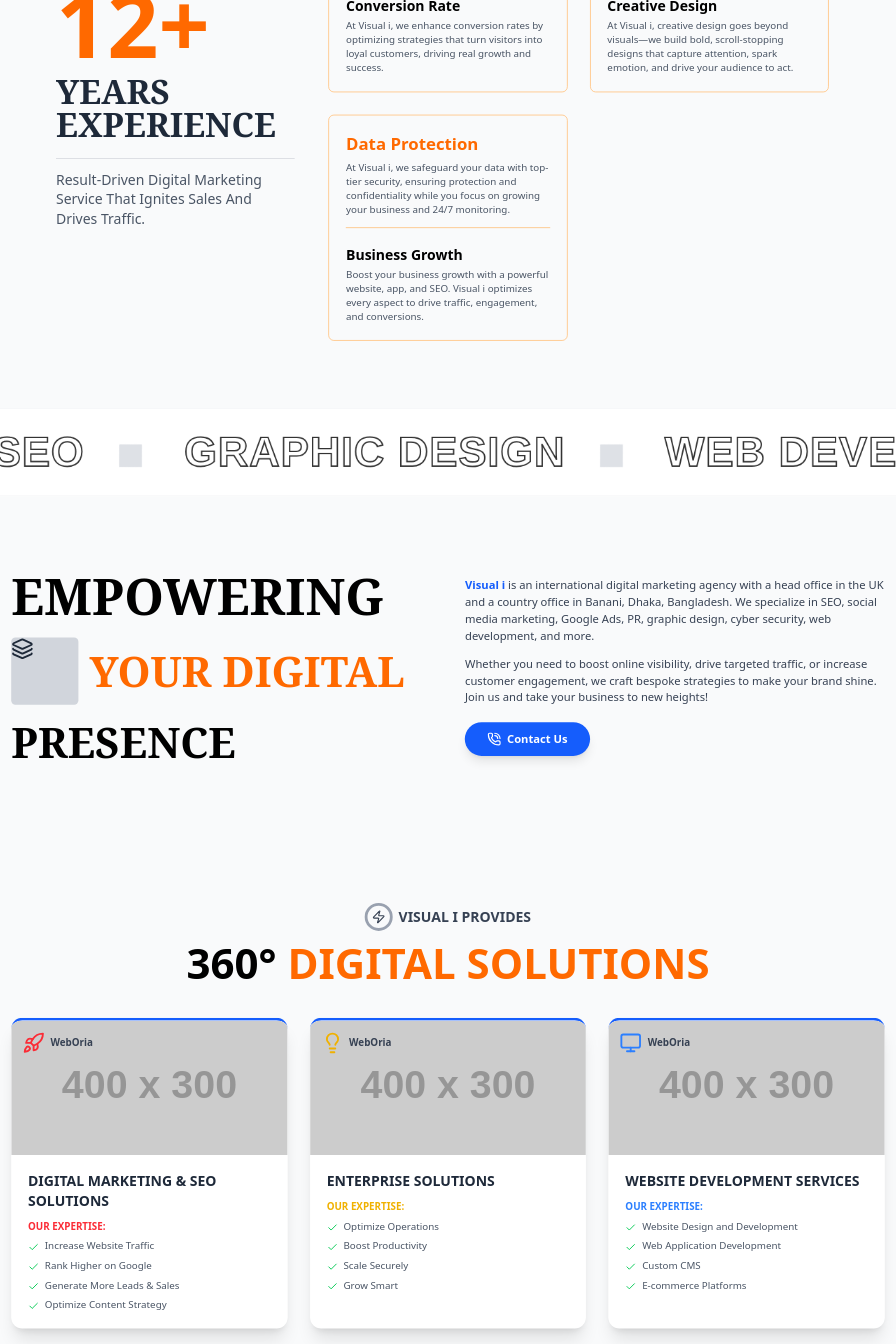
Repository: mdmuhibullahhabib/weboria
Page: /
These files come from the project's save history. The page is drawn as it stood at one moment and after a run of saves; the edit follows.
The browser window is 1280 px wide. The pictures show the part of the page from y = 987 to 2907 px (the page is 9081 px tall), at 70% of full size.
The project was rebuilt for these pictures with package versions that can differ from the ones it lists, and the page was loaded fresh each time. Some packages were replaced by stand-ins written for this rebuild. The framework's server and built-in components were replaced by stand-ins that run in the browser. Also part of the build but not shown: next.config.mjs.

Above is the page before, as saved 2025-10-03 12:49:06.

### src/app/layout.js
import { Geist, Geist_Mono } from "next/font/google";
import "./globals.css";
import Navbar from "@/components/Navbar";
import Footer from "@/components/Footer";
import { Toaster } from "react-hot-toast";

const geistSans = Geist({
  variable: "--font-geist-sans",
  subsets: ["latin"],
});

const geistMono = Geist_Mono({
  variable: "--font-geist-mono",
  subsets: ["latin"],
});

export const metadata = {
  title: "Weboria",
  description: "Digital Marketing Agency",
  icons: "/favicon.ico",
};

export default function RootLayout({ children }) {
  return (
    <html lang="en">
      <body
        className={`${geistSans.variable} ${geistMono.variable} antialiased`}
      >

        <Navbar />
        <Toaster />
        {children}
        <Footer />
      </body>
    </html>
  );
}

### src/components/Navbar.jsx
"use client";
import { useState } from "react";
import Link from "next/link";
import { usePathname } from "next/navigation";
import { Menu, X } from "lucide-react";

export default function Navbar() {
  const [isOpen, setIsOpen] = useState(false);
  const pathname = usePathname();

  const navigation = [
    { name: "Home", href: "/" },
    { name: "About", href: "/about" },
    { name: "Services", href: "/services" },
    { name: "Portfolio", href: "/portfolio" },
    { name: "Contact", href: "/contact" },
  ];

  const isActive = (href) => {
    if (href === "/" && pathname === "/") return true;
    if (href !== "/" && pathname.startsWith(href)) return true;
    return false;
  };

  return (
    <nav className="sticky top-0 z-50 bg-base-100/95 backdrop-blur-md border-b shadow-sm">
      <div className="max-w-7xl mx-auto px-4 sm:px-6 lg:px-8">
        <div className="flex justify-between items-center h-16">
          {/* Logo */}
          <Link href="/" data-testid="link-home">
            <h1 className="text-2xl font-bold text-primary">Weboria</h1>
          </Link>

          {/* Desktop Navigation */}
          <div className="hidden md:flex space-x-4 items-center">
            {navigation.map((item) => (
              <Link key={item.name} href={item.href} data-testid={`link-${item.name.toLowerCase()}`}>
                <span
                  className={`px-3 py-2 rounded-md text-sm font-medium transition-colors ${
                    isActive(item.href)
                      ? "bg-primary text-primary-content"
                      : "text-base-content hover:text-primary"
                  }`}
                >
                  {item.name}
                </span>
              </Link>
            ))}

            {/* CTA Button */}
            <Link href="/contact">
              <button className="btn btn-sm btn-primary ml-4">Get Started</button>
            </Link>
          </div>

          {/* Mobile menu button */}
          <div className="md:hidden">
            <button
              className="btn btn-ghost btn-square"
              onClick={() => setIsOpen(!isOpen)}
              data-testid="button-mobile-menu"
            >
              {isOpen ? <X className="w-6 h-6" /> : <Menu className="w-6 h-6" />}
            </button>
          </div>
        </div>

        {/* Mobile Navigation */}
        {isOpen && (
          <div className="md:hidden mt-2 border-t">
            <div className="flex flex-col space-y-1 px-2 py-3">
              {navigation.map((item) => (
                <Link key={item.name} href={item.href} data-testid={`link-mobile-${item.name.toLowerCase()}`}>
                  <span
                    className={`block px-3 py-2 rounded-md text-base font-medium transition-colors ${
                      isActive(item.href)
                        ? "bg-primary text-primary-content"
                        : "text-base-content hover:text-primary"
                    }`}
                    onClick={() => setIsOpen(false)}
                  >
                    {item.name}
                  </span>
                </Link>
              ))}

              {/* Mobile CTA Button */}
              <Link href="/contact">
                <button
                  className="btn btn-primary w-full mt-2"
                  data-testid="button-mobile-get-started"
                  onClick={() => setIsOpen(false)}
                >
                  Get Started
                </button>
              </Link>
            </div>
          </div>
        )}
      </div>
    </nav>
  );
}

### src/components/Footer.jsx
"use client";

import Link from "next/link";
import {
  Facebook,
  Twitter,
  Linkedin,
  Instagram,
  Mail,
  Phone,
  MapPin,
} from "lucide-react";

export default function Footer() {
  // ✅ CTA function in plain JS
  const handleNewsletterSubmit = (e) => {
    e.preventDefault();
    const formData = new FormData(e.target);
    const email = formData.get("email");
    console.log("Newsletter signup:", email);
    e.target.reset();
  };

  const quickLinks = [
    { name: "Home", href: "/" },
    { name: "About", href: "/about" },
    { name: "Services", href: "/services" },
    { name: "Portfolio", href: "/portfolio" },
    { name: "Contact", href: "/contact" },
  ];

  const services = [
    { name: "Web Development", href: "/services" },
    { name: "Mobile Apps", href: "/services" },
    { name: "Digital Marketing", href: "/services" },
    { name: "SEO Services", href: "/services" },
  ];

  const socialLinks = [
    { Icon: Facebook, href: "#", label: "Facebook" },
    { Icon: Twitter, href: "#", label: "Twitter" },
    { Icon: Linkedin, href: "#", label: "LinkedIn" },
    { Icon: Instagram, href: "#", label: "Instagram" },
  ];

  return (
    <footer className="bg-base-200 border-t">
      <div className="max-w-7xl mx-auto px-4 sm:px-6 lg:px-8 py-16">
        {/* Main Footer Content */}
        <div className="grid grid-cols-1 md:grid-cols-2 lg:grid-cols-4 gap-8">
          {/* Company Info */}
          <div className="space-y-4">
            <h3 className="text-2xl font-bold text-primary">Weboria</h3>
            <p className="text-base-content/70 leading-relaxed">
              Transforming businesses through innovative digital solutions.
              We create experiences that inspire, engage, and convert.
            </p>

            {/* Contact Info */}
            <div className="space-y-2 text-base-content/70">
              <div className="flex items-center">
                <Mail className="w-4 h-4 mr-2" />
                <span className="text-sm">hello@weboria.com</span>
              </div>
              <div className="flex items-center">
                <Phone className="w-4 h-4 mr-2" />
                <span className="text-sm">+1 (555) 123-4567</span>
              </div>
              <div className="flex items-center">
                <MapPin className="w-4 h-4 mr-2" />
                <span className="text-sm">San Francisco, CA</span>
              </div>
            </div>
          </div>

          {/* Quick Links */}
          <div>
            <h4 className="text-lg font-semibold mb-4">Quick Links</h4>
            <ul className="space-y-2">
              {quickLinks.map((link) => (
                <li key={link.name}>
                  <Link href={link.href}>
                    <span className="text-base-content/70 hover:text-primary transition-colors">
                      {link.name}
                    </span>
                  </Link>
                </li>
              ))}
            </ul>
          </div>

          {/* Services */}
          <div>
            <h4 className="text-lg font-semibold mb-4">Services</h4>
            <ul className="space-y-2">
              {services.map((service) => (
                <li key={service.name}>
                  <Link href={service.href}>
                    <span className="text-base-content/70 hover:text-primary transition-colors">
                      {service.name}
                    </span>
                  </Link>
                </li>
              ))}
            </ul>
          </div>

          {/* Newsletter */}
          <div>
            <h4 className="text-lg font-semibold mb-4">Stay Updated</h4>
            <p className="text-base-content/70 text-sm mb-4">
              Get the latest insights and updates on digital trends.
            </p>
            <form onSubmit={handleNewsletterSubmit} className="space-y-2">
              <input
                type="email"
                name="email"
                placeholder="Enter your email"
                className="input input-bordered w-full"
                required
              />
              <button type="submit" className="btn btn-primary w-full">
                Subscribe
              </button>
            </form>
          </div>
        </div>

        {/* Social Links & Copyright */}
        <div className="border-t mt-12 pt-8">
          <div className="flex flex-col md:flex-row justify-between items-center space-y-4 md:space-y-0">
            {/* Social Links */}
            <div className="flex space-x-4">
              {socialLinks.map(({ Icon, href, label }) => (
                <a
                  key={label}
                  href={href}
                  target="_blank"
                  rel="noopener noreferrer"
                  className="btn btn-circle btn-ghost"
                  aria-label={label}
                >
                  <Icon className="w-5 h-5" />
                </a>
              ))}
            </div>

            {/* Copyright */}
            <div className="text-center md:text-right">
              <p className="text-base-content/70 text-sm">
                © 2024 Weboria. All rights reserved.
              </p>
            </div>
          </div>
        </div>
      </div>
    </footer>
  );
}

### src/app/Home/components/Marquee.jsx
"use client"
import React from 'react';

// Using the Diamond icon for the separator, which closely matches the image.
const DiamondSeparator = () => (
    <span
      className="inline-block text-gray-300 text-3xl sm:text-4xl md:text-5xl lg:text-6xl mx-8 align-middle"
      style={{ transform: 'rotate(45deg)', opacity: 0.7 }}
    >
      &#9670; {/* Unicode for a diamond */}
    </span>
);

const Marquee = () => {
  // Repeating a list of services/keywords
  const marqueeText = [
    "DIGITAL MARKETING",
    "SEO",
    "GRAPHIC DESIGN",
    "WEB DEVELOPMENT",
    "CYBER SECURITY",
    "PR"
  ];

  // Duplicate the content to ensure seamless loop
  const fullMarqueeContent = [...marqueeText, ...marqueeText];

  return (
    <div className="relative w-full overflow-hidden bg-white py-6 sm:py-8 border-y border-gray-100">
      {/* This div is set to animate using the custom CSS keyframes defined below.
        It needs to be wider than its parent to scroll.
      */}
      <div className="animate-marquee whitespace-nowrap inline-block">
        {fullMarqueeContent.map((text, index) => (
          <React.Fragment key={index}>
            <span
              className="inline-block text-3xl sm:text-4xl md:text-5xl lg:text-6xl font-extrabold font-sans tracking-wide mx-4 uppercase"
              style={{
                  // Custom styling for the outlined/hollow text effect
                  WebkitTextStroke: '2px #333', // Dark outline
                  WebkitTextFillColor: 'transparent', // Transparent fill
                  color: 'transparent', // Fallback for standard browsers
                  fontFamily: 'Oswald, sans-serif' // Suggesting a suitable bold font style
              }}
            >
              {text}
            </span>
            {/* Add separator between all elements */}
            {index < fullMarqueeContent.length - 1 && (
                <DiamondSeparator />
            )}
          </React.Fragment>
        ))}
      </div>

      {/* Global CSS for the Marquee Animation */}
      {/* Note: In a real Next.js app, this should often go into a global CSS file,
          but for single-file component generation, we use a style tag. */}
      <style jsx global>{`
        @keyframes marquee {
          0% { transform: translateX(0%); }
          100% { transform: translateX(-50%); } /* Scrolls through one full set of content */
        }
        .animate-marquee {
          animation: marquee 35s linear infinite; /* Adjust duration to control speed */
          display: inline-block;
          will-change: transform; /* Performance optimization */
        }
      `}</style>
    </div>
  );
};

export default Marquee;

### src/components/Service.jsx
"use client"
import React from "react";
import { Rocket, Lightbulb, Monitor, Check, PhoneCall, Zap, Layers } from "lucide-react";

const ImagePlaceholder = ({ children, className = "bg-gray-200 h-full w-full flex items-center justify-center text-gray-500" }) => (
  <div className={className}>{children}</div>
);

const Service = () => {
    // Mock data for the service cards
    const serviceData = [
        {
            title: "DIGITAL MARKETING & SEO SOLUTIONS",
            icon: Rocket,
            iconColor: "text-red-500",
            image: "https://placehold.co/400x300/e0f2ff/0071c2?text=SEO+Rocket",
            expertise: [
                "Increase Website Traffic",
                "Rank Higher on Google",
                "Generate More Leads & Sales",
                "Optimize Content Strategy",
            ],
        },
        {
            title: "ENTERPRISE SOLUTIONS",
            icon: Lightbulb,
            iconColor: "text-yellow-500",
            image: "https://placehold.co/400x300/fffbeb/d97706?text=Enterprise+Idea",
            expertise: ["Optimize Operations", "Boost Productivity", "Scale Securely", "Grow Smart"],
        },
        {
            title: "WEBSITE DEVELOPMENT SERVICES",
            icon: Monitor,
            iconColor: "text-blue-500",
            image: "https://placehold.co/400x300/f3e8ff/7c3aed?text=Web+Monitor",
            expertise: [
                "Website Design and Development",
                "Web Application Development",
                "Custom CMS",
                "E-commerce Platforms",
            ],
        },
    ];

    return (
        <div className="font-sans bg-gray-50 min-h-screen">
            {/* Hero Section */}
            <section className="container mx-auto px-4 py-16 lg:py-24 flex flex-col lg:flex-row items-center lg:space-x-12">
                {/* Left Column */}
              <div className="lg:w-1/2 mb-10 lg:mb-0 pr-4">
                <p className="text-5xl md:text-7xl font-serif font-extrabold mb-4 text-black leading-tight">
                  EMPOWERING
                </p>
                <div className="flex items-center space-x-4 mb-4">
                  <ImagePlaceholder className="w-24 h-24 object-cover rounded-md bg-gray-300">
                    <Layers size={32} />
                  </ImagePlaceholder>
                  <p className="text-4xl md:text-6xl font-serif font-extrabold text-orange-500">
                    YOUR DIGITAL
                  </p>
                </div>
                <p className="text-7xl md:text-6xl font-serif font-extrabold text-black leading-tight">
                  PRESENCE
                </p>
              </div>

                {/* Right Column */}
                <div className="lg:w-1/2 pt-16 lg:pt-0 text-gray-700 space-y-4">
                    <p>
                        <span className="font-bold text-blue-600">Visual i</span> is an international digital marketing agency with a head office in the UK and a country office in Banani, Dhaka, Bangladesh. We specialize in SEO, social media marketing, Google Ads, PR, graphic design, cyber security, web development, and more.
                    </p>
                    <p>
                        Whether you need to boost online visibility, drive targeted traffic, or increase customer engagement, we craft bespoke strategies to make your brand shine. Join us and take your business to new heights!
                    </p>
                    <button className="flex items-center mt-6 px-8 py-3 bg-blue-600 text-white font-semibold rounded-full shadow-lg hover:bg-blue-700 transition">
                        <PhoneCall className="h-5 w-5 mr-2" />
                        Contact Us
                    </button>
                </div>
            </section>

            {/* Services Section */}
            <section className="container mx-auto px-4 py-16 lg:py-24">
                <header className="text-center mb-12">
                    <div className="mb-12">
                        <div className="flex justify-center items-center mb-4">
                            <div className="w-10 h-10 border-4 border-gray-400 rounded-full flex items-center justify-center mr-2">
                                <Zap size={20} className="text-gray-700" />
                            </div>
                            <p className="text-xl font-semibold uppercase text-gray-700">Visual i Provides</p>
                        </div>
                        <h2 className="text-5xl md:text-6xl font-extrabold text-black">
                            360° <span className='text-orange-500'>DIGITAL SOLUTIONS</span>
                        </h2>
                    </div>
                </header>

                <div className="grid grid-cols-1 md:grid-cols-2 lg:grid-cols-3 gap-8">
                    {serviceData.map((service, index) => (
                        <div
                            key={index}
                            className="shadow-xl bg-white rounded-2xl overflow-hidden transition-transform hover:scale-105 duration-300 border-t-4 border-blue-600"
                        >
                            <figure className="h-48 relative bg-gray-100">
                                <img
                                    src={service.image}
                                    alt={service.title}
                                    className="w-full h-full object-cover"
                                    onError={(e) => {
                                        e.target.onerror = null;
                                        e.target.src = "https://placehold.co/400x300/cccccc/333333?text=Visuals";
                                    }}
                                />
                                <div className="absolute top-4 left-4 flex items-center">
                                    <service.icon className={`h-8 w-8 ${service.iconColor}`} />
                                    <span className="text-sm font-semibold ml-2 text-gray-700">WebOria</span>
                                </div>
                            </figure>
                            <div className="p-6">
                                <h2 className="text-xl font-bold mb-3 text-gray-800">{service.title}</h2>
                                <div className={`text-sm font-semibold mb-2 ${service.iconColor}`}>OUR EXPERTISE:</div>
                                <ul className="space-y-2">
                                    {service.expertise.map((item, i) => (
                                        <li key={i} className="flex items-start text-gray-600 text-sm">
                                            <Check className="h-4 w-4 text-green-500 mt-1 flex-shrink-0" />
                                            <span className="ml-2">{item}</span>
                                        </li>
                                    ))}
                                </ul>
                            </div>
                        </div>
                    ))}
                </div>
            </section>
        </div>
    );
};

export default Service;

### src/app/Home/components/ScrollingLogos.jsx
"use client"
import React from "react";

const logos = [
    { name: "Pico", color: "text-blue-700", size: "text-3xl", weight: "font-extrabold" },
    { name: "frontpose", color: "text-gray-700", size: "text-3xl", weight: "font-extrabold" },
    { name: "NORTH SOUTH GROUP", color: "text-green-700", size: "text-xl", weight: "font-bold" },
    { name: "PAYLAKES", color: "text-yellow-500", size: "text-3xl", weight: "font-extrabold" },
    { name: "RAINSTONE MONEY", color: "text-gray-700", size: "text-xl", weight: "font-bold" },
    { name: "TSG Accountants", color: "text-gray-700", size: "text-xl", weight: "font-bold" },
];

const ScrollingLogos = () => {
    return (
        <section className="py-6 px-4 lg:px-20 overflow-hidden">
            <div className="border-t border-b border-gray-200 py-10">
                <div className="flex animate-marquee space-x-2">
                    {/** Repeat logos twice for seamless scroll */}
                    {[...logos, ...logos].map((logo, index) => (
                        <div key={index} className="flex-shrink-0 w-1/3 md:w-1/6 p-1">
                            <p className={`${logo.size} ${logo.weight} ${logo.color} text-center`}>
                                {logo.name.includes(" ") ? logo.name.split(" ")[0] : logo.name}
                                {logo.name.includes(" ") && <span className="font-light"> {logo.name.split(" ").slice(1).join(" ")}</span>}
                            </p>
                        </div>
                    ))}
                </div>
            </div>

            <style jsx>{`
        @keyframes marquee {
          0% { transform: translateX(0%); }
          100% { transform: translateX(-50%); }
        }
        .animate-marquee {
          display: flex;
          width: max-content;
          animation: marquee 30s linear infinite;
        }
      `}</style>
        </section>
    );
};

export default ScrollingLogos;

### src/components/SectionTitle.jsx
"use client";

export default function SectionTitle({ titleTop, titleBottom }) {
  return (
    <div className="text-center my-10 px-4">
      <div className="text-5xl md:text-3xl lg:text-4xl font-bold tracking-wide leading-snug">
        {/* <span className="text-blue-600">{titleTop}</span> */}
        <h2 className="lg:text-6xl font-extrabold text-blue-600 text-center">{titleTop}</h2>
        <h2 className='text-orange-500 font-semibold lg:text-6xl lg:ml-[400px]'> {titleBottom}</h2>
      </div>
    </div>
  );
}

Loaded but not shown: src/app/globals.css (common file); src/app/page.js (274 lines, source omitted); src/components/AgencySections.jsx (175 lines, source omitted)

After the next 2 saves:
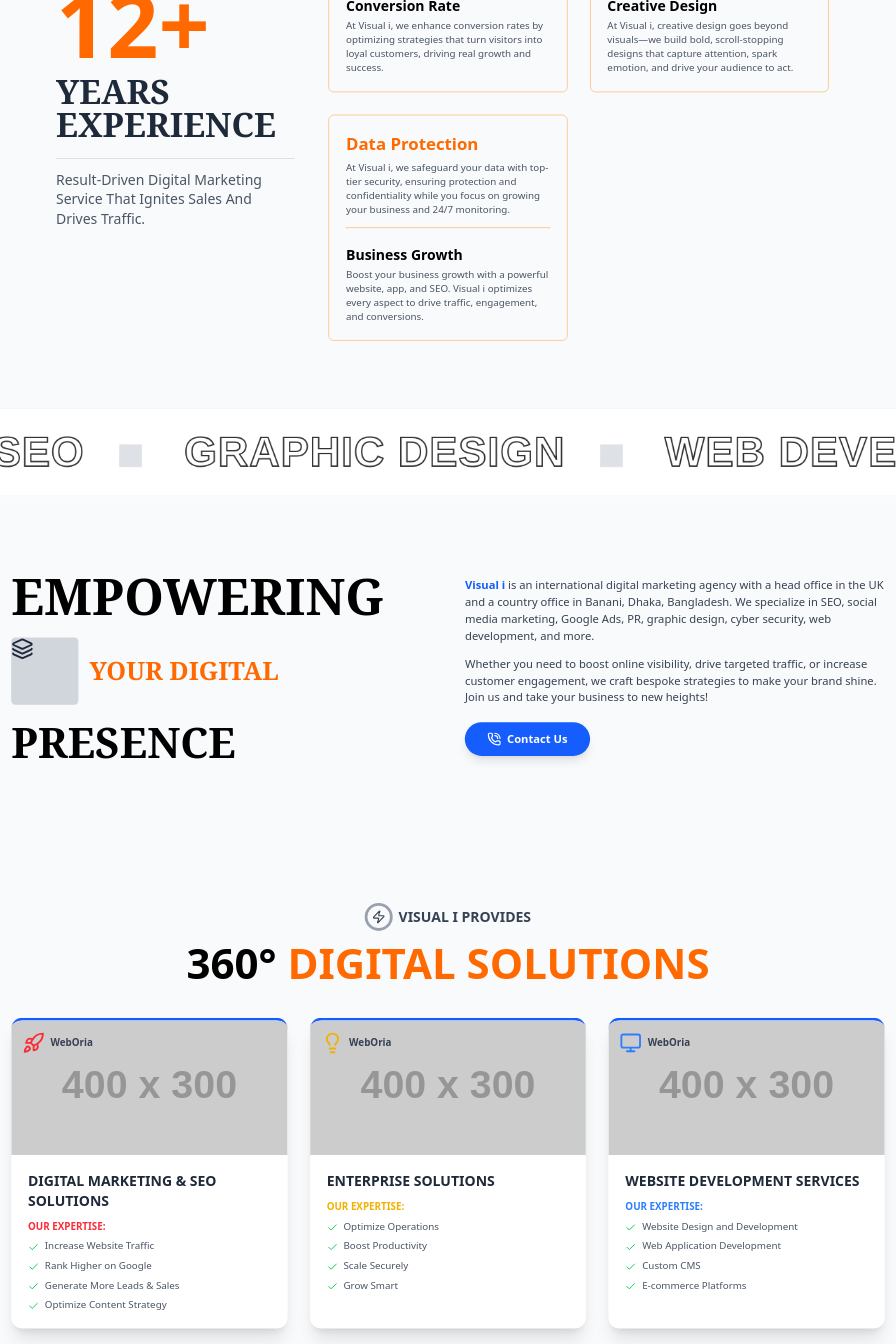
The 2 saves are shown as one change because they came seconds apart.
The last was saved 36 s later.
--- a/src/components/Service.jsx
+++ b/src/components/Service.jsx
@@ -55,7 +55,7 @@ const Service = () => {
                   <ImagePlaceholder className="w-24 h-24 object-cover rounded-md bg-gray-300">
                     <Layers size={32} />
                   </ImagePlaceholder>
-                  <p className="text-4xl md:text-6xl font-serif font-extrabold text-orange-500">
+                  <p className="text-3xl md:text-4xl font-serif font-extrabold text-orange-500">
                     YOUR DIGITAL
                   </p>
                 </div>
